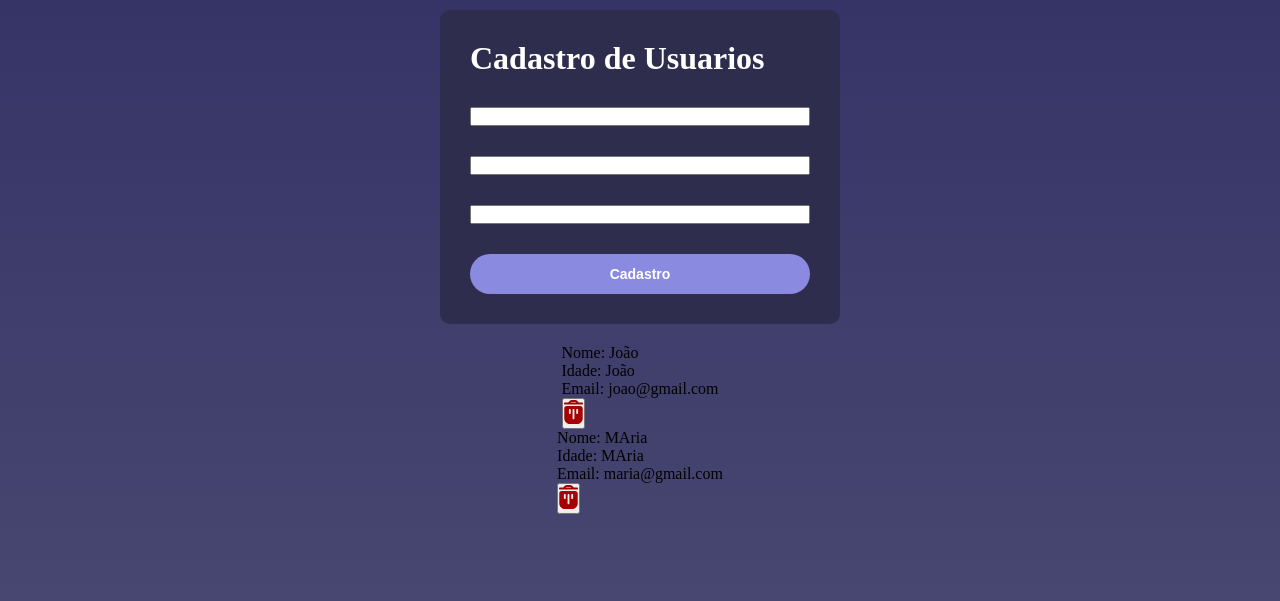
Repository: Rubenslourenco/api-react-node
Page: / (app in devclub-cadastro/)
These files come from the project's save history. The page is drawn as it stood at one moment and after the next save; the edit follows.
The browser window is 1280 px wide. The pictures show the whole page.
The project was rebuilt for these pictures with package versions that can differ from the ones it lists, and the page was loaded fresh each time. Also part of the build but not shown: devclub-cadastro/vite.config.js.

Above is the page before, as saved 2025-01-27 10:30:46.

### devclub-cadastro/index.html
<!DOCTYPE html>
<html lang="en">
  <head>
    <meta charset="UTF-8" />
    <link rel="icon" type="image/svg+xml" href="/vite.svg" />
    <meta name="viewport" content="width=device-width, initial-scale=1.0" />
    <link rel="preconnect" href="https://fonts.googleapis.com" />
    <link rel="preconnect" href="https://fonts.gstatic.com" crossorigin />
    <link
      href="https://fonts.googleapis.com/css2?family=Poppins:ital,wght@0,100;0,200;0,300;0,400;0,500;0,600;0,700;0,800;0,900;1,100;1,200;1,300;1,400;1,500;1,600;1,700;1,800;1,900&display=swap"
      rel="stylesheet"
    />
    <title>DevClib - cadastro de Usuarios</title>
  </head>
  <body>
    <div id="root"></div>
    <script type="module" src="/src/main.jsx"></script>
  </body>
</html>

### devclub-cadastro/src/main.jsx
import { StrictMode } from "react";
import { createRoot } from "react-dom/client";
import "./index.css";
import Home from "./pages/Home";

createRoot(document.getElementById("root")).render(
  <StrictMode>
    <Home />
  </StrictMode>
);

### devclub-cadastro/src/index.css
* {
  margin: 0;
  padding: 0;
  box-sizing: border-box;
}

body {
  min-height: 100vh;
  width: 100vw;
  background: linear-gradient(180deg, #363467 0%, rgba(30, 29, 79, 0.8) 100%);
}

### devclub-cadastro/src/pages/Home/index.jsx
import "./style.css";
import Trash from "../../assets/trash.svg";

function Home() {
  const users = [
    {
      id: "32545sdfafas",
      name: "João",
      age: 33,
      email: "joao@gmail.com",
    },
    {
      id: "345455dadaafas",
      name: "MAria",
      age: 23,
      email: "maria@gmail.com",
    },
  ];

  return (
    <div className="container">
      <form>
        <h1>Cadastro de Usuarios</h1>
        <input name="nome" type="text" />
        <input name="idade" type="number" />
        <input name="email" type="email" />
        <button type="button">Cadastro</button>
      </form>
      {users.map((user) => (
        <div key={user.id}>
          <div>
            <p>Nome: {user.name} </p>
            <p>Idade: {user.name}</p>
            <p>Email: {user.email}</p>
          </div>

          <button>
            <img src={Trash} alt="" />
          </button>
        </div>
      ))}
    </div>
  );
}

export default Home;

### devclub-cadastro/src/pages/Home/style.css
.container {
  display: flex;
  align-items: center;
  flex-direction: column;
  padding-top: 10px;
}

h1 {
  color: #fff;
  font-size: 32px;
}

form {
  display: flex;
  flex-direction: column;
  gap: 30px;
  padding: 30px;
  border-radius: 10px;
  background-color: #2e2d4e;
  max-width: 50%px;
  width: 400px;
  margin-bottom: 20px;

  & button {
    border-radius: 30px;
    background-color: #8b8ae1;
    height: 40px;
    border: none;
    font-weight: bold;
    cursos: pointer;
    color: #fff;
    font-size: 14px;
  }

  & button:hover {
    opacity: 0.8;
  }
}

After the next save:
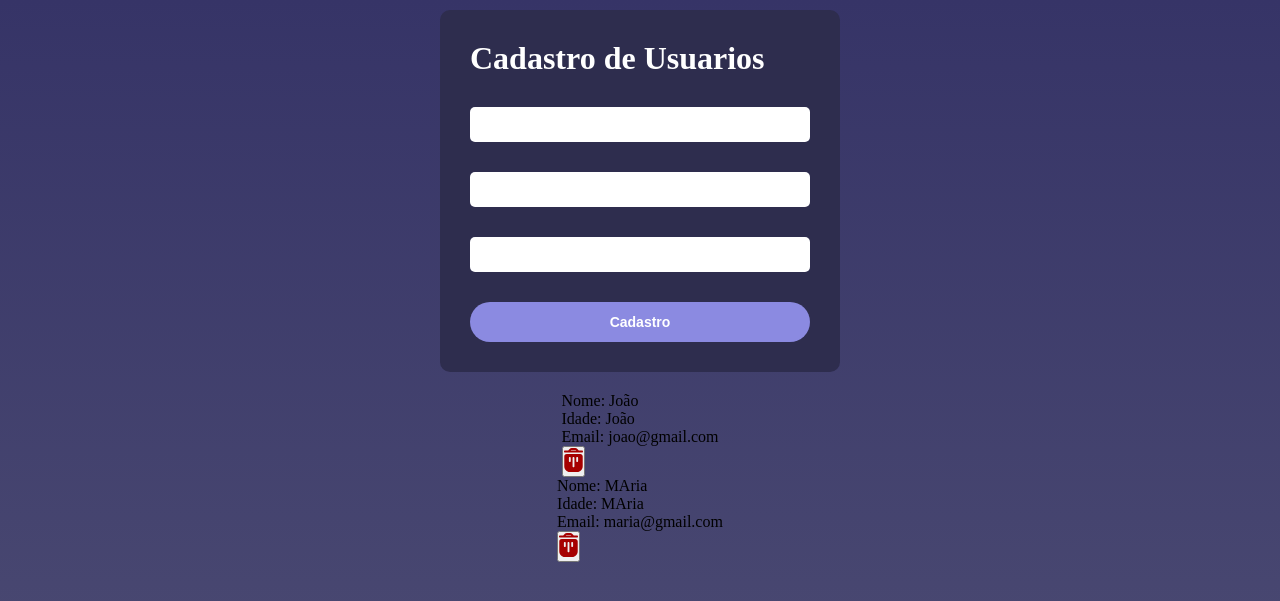
Saved 4 min 33 s later.
--- a/devclub-cadastro/src/pages/Home/style.css
+++ b/devclub-cadastro/src/pages/Home/style.css
@@ -35,4 +35,10 @@ form {
   & button:hover {
     opacity: 0.8;
   }
+
+  & input {
+    padding: 10px;
+    border-radius: 5px;
+    border: none;
+  }
 }
